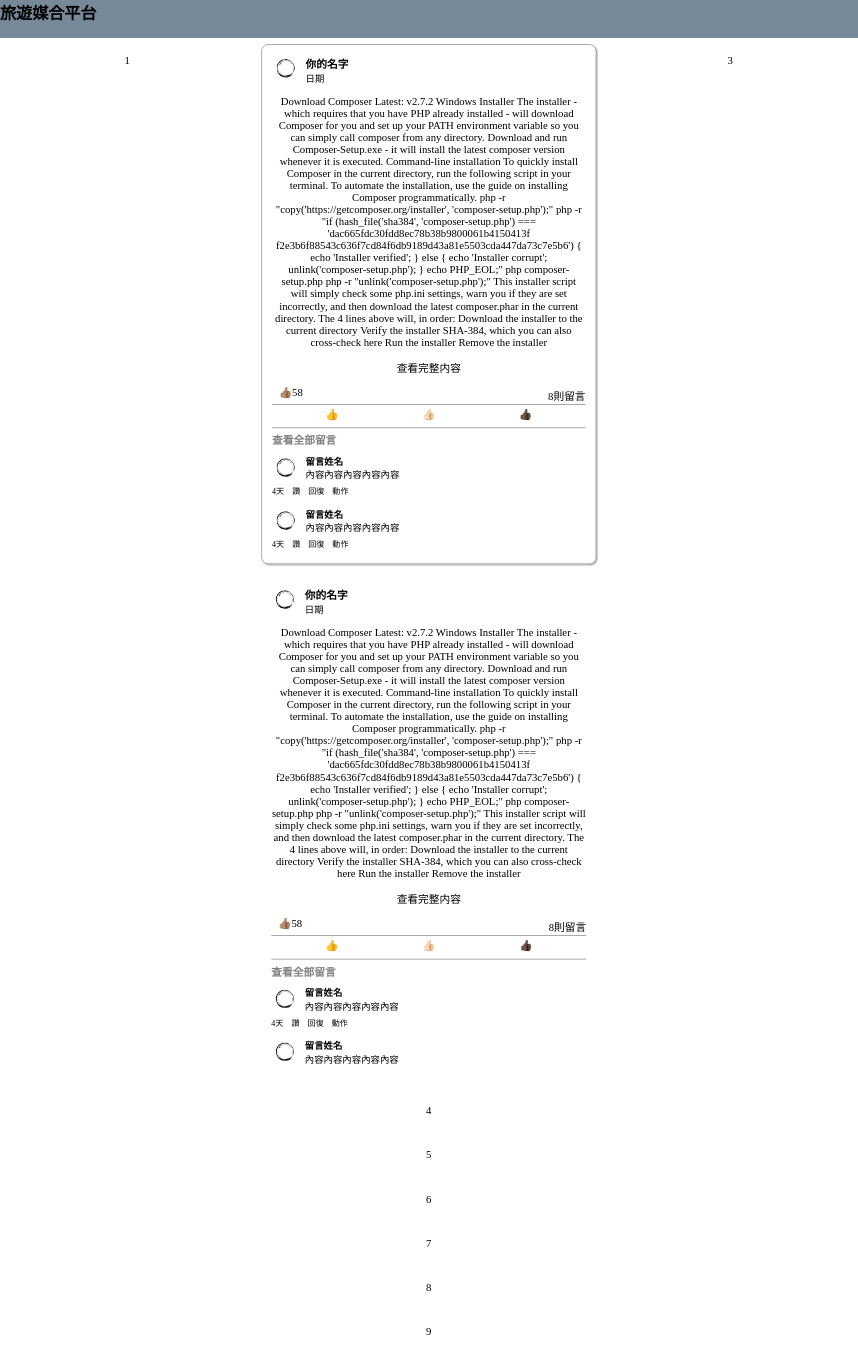
Repository: yuchiyang123/index_view
Page: http://localhost/
The author's editor kept a copy of each file at every save. The page is drawn from the files as they stood at one save, then again after the next save.
The browser window is 1280 px wide. The pictures show the whole page, at 67% of full size.
The page is run by PHP 8.4 with error messages shown; the project is at /var/www/html/.

Above is the page before, as saved 2024-03-27 16:41:16.

After the next save:
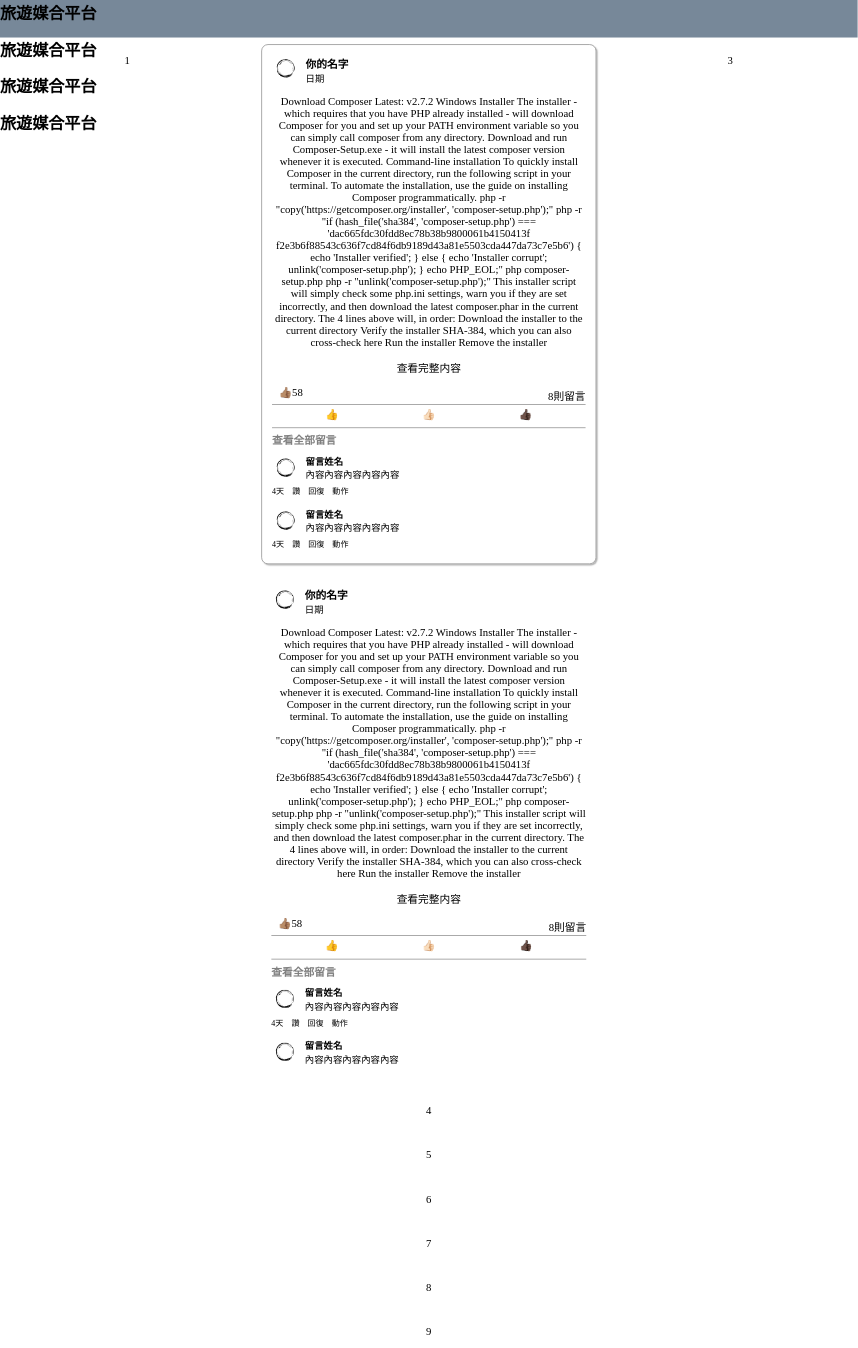
Saved 4 min 13 s later.
--- a/header.php
+++ b/header.php
@@ -14,5 +14,18 @@
 </style>
 <header class="header">
     <div>
-    <h2>旅遊媒合平台</h2></div>
+        <h2>旅遊媒合平台</h2>
+    </div>
+    <div>
+        <h2><ion-icon name="reorder-four-outline"></ion-icon></h2>
+    </div>
+    <div>
+        <h2>旅遊媒合平台</h2>
+    </div>
+    <div>
+        <h2>旅遊媒合平台</h2>
+    </div>
+    <div>
+        <h2>旅遊媒合平台</h2>
+    </div>
 </header>
